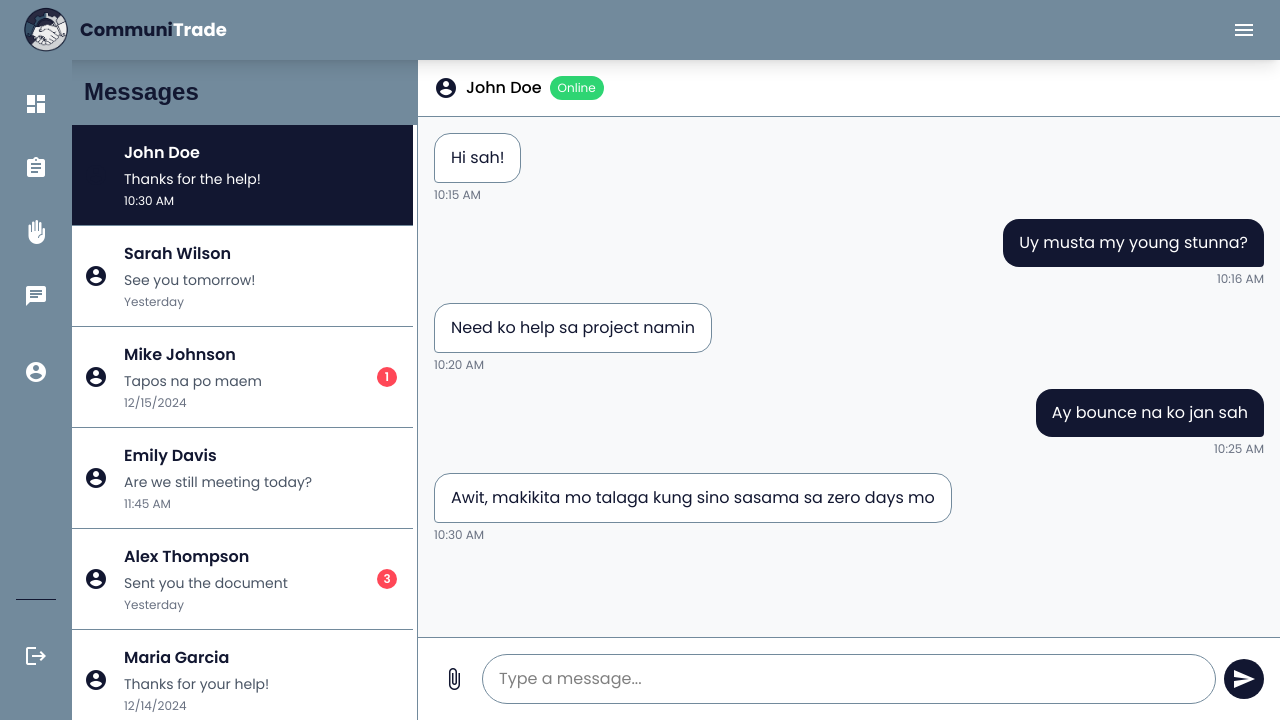
Repository: wholaanmo/communitrade_app
Page: /user/message
The author's editor kept a copy of each file at every save. The page is drawn from the files as they stood at one save, then again after the next save.
The browser window is 1280 px wide. The pictures show the whole page.
The project was rebuilt for these pictures with package versions that can differ from the ones it lists, and the page was loaded fresh each time. Some packages were replaced by stand-ins written for this rebuild. The framework's server and built-in components were replaced by stand-ins that run in the browser. Also part of the build but not shown: next.config.mjs, components/atoms/Card.js, components/molecules/Modal.js.

Above is the page before, as saved 2025-11-25 19:58:18.

### app/user/message/page.js
'use client';

import { useState, useRef, useEffect, useCallback } from 'react';

export default function MessagePage() {
  // State
  const [isSidebarExpanded, setIsSidebarExpanded] = useState(true);
  const [activeConversation, setActiveConversation] = useState(null);
  const [newMessage, setNewMessage] = useState('');
  const [selectedImage, setSelectedImage] = useState(null);
  const [isMobile, setIsMobile] = useState(false);

  // Refs
  const messagesContainer = useRef(null);
  const fileInput = useRef(null);

  // Sample conversations data
  const [conversations, setConversations] = useState([
    {
      id: 1,
      userName: 'John Doe',
      lastMessage: 'Thanks for the help!',
      timestamp: '10:30 AM',
      unreadCount: 2,
      status: 'online',
      messages: [
        { id: 1, content: 'Hi sah!', sender: 'them', time: '10:15 AM' },
        { id: 2, content: 'Uy musta my young stunna?', sender: 'me', time: '10:16 AM' },
        { id: 3, content: 'Need ko help sa project namin', sender: 'them', time: '10:20 AM' },
        { id: 4, content: 'Ay bounce na ko jan sah', sender: 'me', time: '10:25 AM' },
        { id: 5, content: 'Awit, makikita mo talaga kung sino sasama sa zero days mo', sender: 'them', time: '10:30 AM' }
      ]
    },
    {
      id: 2,
      userName: 'Sarah Wilson',
      lastMessage: 'See you tomorrow!',
      timestamp: 'Yesterday',
      unreadCount: 0,
      status: 'offline',
      messages: [
        { id: 1, content: 'Meeting tomorrow at 3 PM', sender: 'them', time: 'Yesterday' },
        { id: 2, content: 'Owkie dowkie', sender: 'me', time: 'Yesterday' }
      ]
    },
    {
      id: 3,
      userName: 'Mike Johnson',
      lastMessage: 'Tapos na po maem',
      timestamp: '12/15/2024',
      unreadCount: 1,
      status: 'online',
      messages: [
        { id: 1, content: 'The files you requested are ready for review', sender: 'them', time: '12/15/2024' }
      ]
    },
    {
      id: 4,
      userName: 'Emily Davis',
      lastMessage: 'Are we still meeting today?',
      timestamp: '11:45 AM',
      unreadCount: 0,
      status: 'online',
      messages: [
        { id: 1, content: 'Hey, are you available for a quick call?', sender: 'them', time: '11:30 AM' },
        { id: 2, content: 'Sure, what time works for you?', sender: 'me', time: '11:35 AM' }
      ]
    },
    {
      id: 5,
      userName: 'Alex Thompson',
      lastMessage: 'Sent you the document',
      timestamp: 'Yesterday',
      unreadCount: 3,
      status: 'online',
      messages: [
        { id: 1, content: 'Can you review this document when you have time?', sender: 'them', time: 'Yesterday' },
        { id: 2, content: 'Of course, send it over', sender: 'me', time: 'Yesterday' }
      ]
    },
    {
      id: 6,
      userName: 'Maria Garcia',
      lastMessage: 'Thanks for your help!',
      timestamp: '12/14/2024',
      unreadCount: 0,
      status: 'offline',
      messages: [
        { id: 1, content: 'I really appreciate your assistance with the project', sender: 'them', time: '12/14/2024' },
        { id: 2, content: 'Happy to help anytime!', sender: 'me', time: '12/14/2024' }
      ]
    },
    {
      id: 7,
      userName: 'David Chen',
      lastMessage: 'Lets catch up soon',
      timestamp: '12/13/2024',
      unreadCount: 1,
      status: 'online',
      messages: [
        { id: 1, content: 'Long time no see! How have you been?', sender: 'them', time: '12/13/2024' },
        { id: 2, content: 'Doing great! We should definitely meet up', sender: 'me', time: '12/13/2024' }
      ]
    },
    {
      id: 8,
      userName: 'Lisa Rodriguez',
      lastMessage: 'The package arrived',
      timestamp: '12/12/2024',
      unreadCount: 0,
      status: 'offline',
      messages: [
        { id: 1, content: 'Just wanted to let you know the package arrived safely', sender: 'them', time: '12/12/2024' },
        { id: 2, content: 'Great! Thanks for the update', sender: 'me', time: '12/12/2024' }
      ]
    },
    {
      id: 9,
      userName: 'Kevin Wilson',
      lastMessage: 'Check this out!',
      timestamp: '12/11/2024',
      unreadCount: 2,
      status: 'online',
      messages: [
        { id: 1, content: 'Found this interesting article you might like', sender: 'them', time: '12/11/2024' },
        { id: 2, content: 'Looks cool, Ill read it later', sender: 'me', time: '12/11/2024' }
      ]
    }
  ]);

  const scrollToBottom = () => {
    if (messagesContainer.current) {
      messagesContainer.current.scrollTop = messagesContainer.current.scrollHeight;
    }
  };

  // Methods
  const toggleSidebar = () => {
    setIsSidebarExpanded(!isSidebarExpanded);
  };

  const selectConversation = useCallback((conversation) => {
    setActiveConversation(conversation);
    // Mark as read when selected
    const updatedConversations = conversations.map(conv =>
      conv.id === conversation.id ? { ...conv, unreadCount: 0 } : conv
    );
    setConversations(updatedConversations);
    // Scroll to bottom of messages
    setTimeout(() => {
      scrollToBottom();
    }, 0);

    // On mobile, close sidebar after selecting conversation
    if (isMobile) {
      setIsSidebarExpanded(false);
    }
  }, [conversations, isMobile]);

  const sendMessage = () => {
    if (!newMessage.trim() || !activeConversation) return;

    const newMsg = {
      id: Date.now(),
      content: newMessage,
      sender: 'me',
      time: new Date().toLocaleTimeString([], { hour: '2-digit', minute: '2-digit' })
    };

    const updatedConversation = {
      ...activeConversation,
      messages: [...activeConversation.messages, newMsg],
      lastMessage: newMessage,
      timestamp: 'Just now'
    };

    setActiveConversation(updatedConversation);

    // Update conversations list
    const updatedConversations = conversations.map(conv =>
      conv.id === activeConversation.id ? updatedConversation : conv
    );
    setConversations(updatedConversations);

    setNewMessage('');

    // Scroll to bottom after sending
    setTimeout(() => {
      scrollToBottom();
    }, 0);
  };

  const triggerFileInput = () => {
    fileInput.current.click();
  };

  const handleImageUpload = (event) => {
    const file = event.target.files[0];
    if (file && file.type.startsWith('image/')) {
      const reader = new FileReader();
      reader.onload = (e) => {
        const imageMsg = {
          id: Date.now(),
          content: e.target.result,
          sender: 'me',
          type: 'image',
          time: new Date().toLocaleTimeString([], { hour: '2-digit', minute: '2-digit' })
        };

        const updatedConversation = {
          ...activeConversation,
          messages: [...activeConversation.messages, imageMsg],
          lastMessage: 'Sent an image',
          timestamp: 'Just now'
        };

        setActiveConversation(updatedConversation);

        // Update conversations list
        const updatedConversations = conversations.map(conv =>
          conv.id === activeConversation.id ? updatedConversation : conv
        );
        setConversations(updatedConversations);

        // Scroll to bottom after sending
        setTimeout(() => {
          scrollToBottom();
        }, 0);
      };
      reader.readAsDataURL(file);
    }

    // Reset file input
    event.target.value = '';
  };

  const openImageModal = (imageSrc) => {
    setSelectedImage(imageSrc);
  };

  const closeImageModal = () => {
    setSelectedImage(null);
  };

  const handleBackToConversations = () => {
    setIsSidebarExpanded(true);
  };

  // Effects
  useEffect(() => {
    // Select first conversation by default
    if (conversations.length > 0 && !activeConversation) {
      selectConversation(conversations[0]);
    }
  }, [conversations, activeConversation, selectConversation]);

  // Check for mobile view
  useEffect(() => {
    const checkMobile = () => {
      setIsMobile(window.innerWidth < 768);
    };

    checkMobile();
    window.addEventListener('resize', checkMobile);

    return () => {
      window.removeEventListener('resize', checkMobile);
    };
  }, []);

  return (
    <div className="message-page fixed top-15 left-0 sm:left-[68px] right-0 bottom-0 flex bg-[#ffffff] overflow-hidden">
      {/* Sidebar with conversation list */}
      <div className={`conversation-sidebar bg-white border-r border-[#728a9c] flex flex-col transition-all duration-300 overflow-hidden ${
        !isSidebarExpanded ? 'sidebar-collapsed w-0 md:w-[60px]' : 'w-full md:w-[350px]'
      } ${isMobile && !isSidebarExpanded ? 'hidden' : 'flex'}`}>
        <div className="sidebar-header flex justify-between items-center p-3 sm:p-4 border-b border-[#728a9c] bg-[#728a9c]">
          <h2 className="m-0 text-[#121731] text-lg sm:text-xl md:text-2xl">Messages</h2>
          {isMobile && (
            <button
              onClick={() => setIsSidebarExpanded(false)}
              className="md:hidden bg-none border-none text-[#121731] cursor-pointer p-1"
            >
              <span className="material-icons">close</span>
            </button>
          )}
        </div>

        <div className="conversation-list flex-1 overflow-y-auto pr-1">
          {conversations.map((conversation) => (
            <div
              key={conversation.id}
              className={`conversation-item flex items-center p-3 sm:p-4 cursor-pointer border-b border-[#728a9c] transition-colors duration-200 relative ${
                activeConversation?.id === conversation.id
                  ? 'bg-[#121731] text-white'
                  : 'hover:bg-[#ffffff]'
              }`}
              onClick={() => selectConversation(conversation)}
            >
              <div className="avatar mr-3 sm:mr-4 flex-shrink-0">
                <span className="material-icons text-[2rem] sm:text-[2.5rem] text-[#121731]">account_circle</span>
              </div>
              <div className="conversation-info flex-1 min-w-0">
                <div className={`user-name font-semibold mb-1 text-sm sm:text-base ${
                  activeConversation?.id === conversation.id ? 'text-white' : 'text-[#121731]'
                }`}>
                  {conversation.userName}
                </div>
                <div className={`last-message text-xs sm:text-sm ${
                  activeConversation?.id === conversation.id ? 'text-white' : 'text-gray-600'
                } whitespace-nowrap overflow-hidden text-ellipsis`}>
                  {conversation.lastMessage}
                </div>
                <div className={`timestamp text-xs mt-1 ${
                  activeConversation?.id === conversation.id ? 'text-white' : 'text-gray-500'
                }`}>
                  {conversation.timestamp}
                </div>
              </div>
              {conversation.unreadCount > 0 && (
                <div className="unread-badge bg-[#ff4757] text-white rounded-full w-4 h-4 sm:w-5 sm:h-5 flex items-center justify-center text-xs font-semibold">
                  {conversation.unreadCount}
                </div>
              )}
            </div>
          ))}
        </div>
      </div>

      {/* Main chat area */}
      <div className={`chat-area flex-1 flex flex-col bg-white overflow-hidden ${
        isMobile && isSidebarExpanded ? 'hidden' : 'flex'
      }`}>
        {activeConversation ? (
          <div className="chat-container flex flex-col h-full w-full">
            {/* Chat header */}
            <div className="chat-header p-3 sm:p-4 border-b border-[#728a9c] bg-white">
              <div className="chat-user-info flex items-center gap-2">
                {isMobile && (
                  <button
                    onClick={handleBackToConversations}
                    className="mr-2 bg-none border-none text-[#121731] cursor-pointer p-1"
                  >
                    <span className="material-icons">arrow_back</span>
                  </button>
                )}
                <span className="material-icons text-[1.75rem] sm:text-[2rem] text-[#121731]">account_circle</span>
                <span className="user-name text-sm sm:text-base font-medium">{activeConversation.userName}</span>
                <span className={`status text-xs py-1 px-2 rounded-full capitalize ${
                  activeConversation.status === 'online'
                    ? 'bg-[#2ed573] text-white'
                    : 'bg-[#747d8c] text-white'
                }`}>
                  {activeConversation.status}
                </span>
              </div>
            </div>

            {/* Messages container */}
            <div
              ref={messagesContainer}
              className="messages-container flex-1 p-3 sm:p-4 overflow-y-auto flex flex-col gap-3 sm:gap-4 bg-[#f8f9fa]"
            >
              {activeConversation.messages.map((message) => (
                <div
                  key={message.id}
                  className={`message flex flex-col max-w-[85%] sm:max-w-[80%] md:max-w-[70%] ${
                    message.sender === 'me'
                      ? 'self-end items-end'
                      : 'self-start items-start'
                  }`}
                >
                  <div className={`message-content px-3 py-2 sm:px-4 sm:py-3 rounded-2xl break-words text-sm sm:text-base ${
                    message.sender === 'me'
                      ? 'bg-[#121731] text-white rounded-br-sm'
                      : 'bg-white text-[#121731] border border-[#728a9c] rounded-bl-sm'
                  }`}>
                    {message.type === 'image' ? (
                      <img
                        src={message.content}
                        alt="Sent image"
                        className="message-image max-w-[200px] sm:max-w-[250px] md:max-w-[300px] max-h-[200px] sm:max-h-[250px] md:max-h-[300px] rounded-lg cursor-pointer transition-transform duration-200 hover:scale-102"
                        onClick={() => openImageModal(message.content)}
                      />
                    ) : (
                      <span>{message.content}</span>
                    )}
                  </div>
                  <div className="message-time text-xs text-gray-500 mt-1">
                    {message.time}
                  </div>
                </div>
              ))}
            </div>

            {/* Message input */}
            <div className="message-input-container p-3 sm:p-4 border-t border-[#728a9c] bg-white">
              <div className="input-wrapper flex gap-2 items-center">
                <input
                  ref={fileInput}
                  type="file"
                  accept="image/*"
                  style={{ display: 'none' }}
                  onChange={handleImageUpload}
                />
                <button
                  onClick={triggerFileInput}
                  className="attachment-button bg-none border-none text-[#121731] cursor-pointer p-1 sm:p-2 rounded-full transition-colors duration-200 hover:bg-[#ffffff]"
                >
                  <span className="material-icons text-lg sm:text-xl">attach_file</span>
                </button>
                <input
                  value={newMessage}
                  onChange={(e) => setNewMessage(e.target.value)}
                  type="text"
                  placeholder="Type a message..."
                  onKeyUp={(e) => {
                    if (e.key === 'Enter') sendMessage();
                  }}
                  className="message-input flex-1 px-3 sm:px-4 py-2 sm:py-3 border border-[#728a9c] rounded-full outline-none text-sm sm:text-base focus:border-[#121731]"
                />
                <button
                  onClick={sendMessage}
                  className="send-button bg-[#121731] text-white border-none rounded-full w-8 h-8 sm:w-10 sm:h-10 flex items-center justify-center cursor-pointer transition-colors duration-200 hover:bg-[#555555]"
                >
                  <span className="material-icons text-sm sm:text-base">send</span>
                </button>
              </div>
            </div>
          </div>
        ) : (
          // Empty state when no conversation selected
          <div className="no-conversation flex-1 flex items-center justify-center bg-[#f8f9fa]">
            <div className="empty-state text-center text-gray-600 px-4">
              <span className="material-icons text-[3rem] sm:text-[4rem] text-[#728a9c] mb-3 sm:mb-4">chat</span>
              <h3 className="text-lg sm:text-xl font-semibold mb-2">Select a conversation</h3>
              <p className="text-gray-500 text-sm sm:text-base">Choose a conversation from the list to start messaging</p>
              {isMobile && (
                <button
                  onClick={() => setIsSidebarExpanded(true)}
                  className="mt-4 bg-[#121731] text-white px-4 py-2 rounded-lg hover:bg-[#555555] transition-colors"
                >
                  Open Conversations
                </button>
              )}
            </div>
          </div>
        )}
      </div>

      {/* Image Modal */}
      {selectedImage && (
        <div
          className="image-modal fixed inset-0 bg-black/90 flex items-center justify-center z-[1000] p-4"
          onClick={closeImageModal}
        >
          <div className="modal-content relative max-w-full max-h-full">
            <img
              src={selectedImage}
              alt="Full size image"
              className="max-w-full max-h-[90vh] sm:max-h-[80vh] rounded-lg"
            />
            <button
              className="close-modal absolute -top-8 sm:-top-10 right-0 bg-none border-none text-white text-xl sm:text-2xl cursor-pointer p-2"
              onClick={closeImageModal}
            >
              <span className="material-icons">close</span>
            </button>
          </div>
        </div>
      )}

      <style jsx global>{`
        /* Remove scrollbar from entire page */
        html, body {
          overflow: hidden;
          height: 100%;
        }

        /* Custom scrollbar for conversation list */
        .conversation-list::-webkit-scrollbar {
          width: 6px;
        }

        .conversation-list::-webkit-scrollbar-track {
          background: #f1f1f1;
          border-radius: 4px;
        }

        .conversation-list::-webkit-scrollbar-thumb {
          background: #121731;
          border-radius: 4px;
        }

        .conversation-list::-webkit-scrollbar-thumb:hover {
          background: #555555;
        }

        /* Custom scrollbar for messages container */
        .messages-container::-webkit-scrollbar {
          width: 4px;
        }

        .messages-container::-webkit-scrollbar-track {
          background: #e9ecef;
          border-radius: 3px;
        }

        .messages-container::-webkit-scrollbar-thumb {
          background: #adb5bd;
          border-radius: 3px;
        }

        .messages-container::-webkit-scrollbar-thumb:hover {
          background: #6c757d;
        }

        /* Material Icons alignment fix */
        .material-icons {
          vertical-align: bottom;
        }

        /* Responsive Design */
        @media (max-width: 767px) {
          .conversation-sidebar {
            position: absolute;
            left: 0;
            top: 0;
            height: 100%;
            z-index: 100;
            width: 100% !important;
          }

          .sidebar-collapsed {
            transform: translateX(-100%);
          }

          .chat-area {
            width: 100%;
          }

          .message {
            max-width: 90%;
          }

          .message-image {
            max-width: 200px;
            max-height: 200px;
          }

          html, body {
            overflow: auto;
          }
        }

        @media (min-width: 768px) and (max-width: 1023px) {
          .conversation-sidebar {
            width: 300px;
          }

          .message {
            max-width: 75%;
          }
        }
      `}</style>
    </div>
  );
}

Loaded but not shown: components/atoms/Button.js (52 lines, source omitted); components/atoms/SidebarItem.js (41 lines, source omitted); app/user/layout.js (27 lines, source omitted); components/atoms/Icon.js (25 lines, source omitted); components/user/organisms/UserSidebar.jsx (110 lines, source omitted); components/user/organisms/UserNavbar.jsx (49 lines, source omitted); app/globals.css (24 lines, source omitted); app/layout.js (20 lines, source omitted)

After the next save:
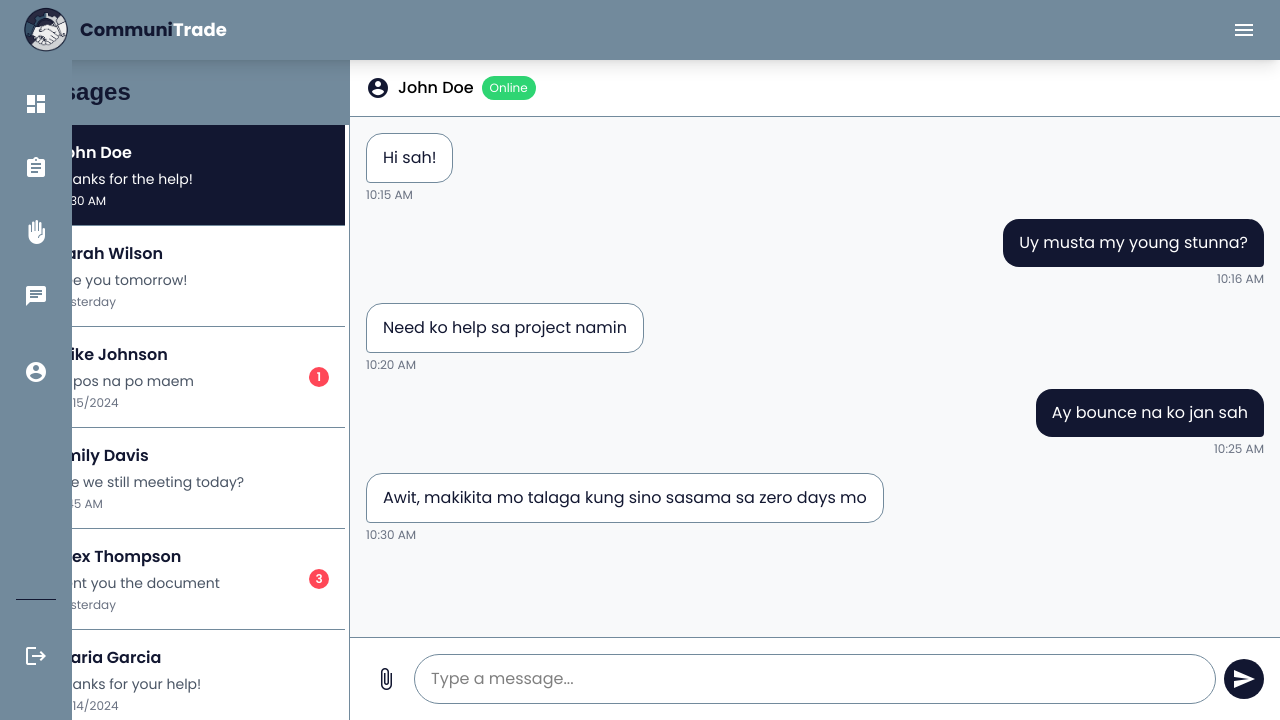
Saved 7 min 15 s later.
--- a/app/user/message/page.js
+++ b/app/user/message/page.js
@@ -269,7 +269,7 @@
   }, []);
 
   return (
-    <div className="message-page fixed top-15 left-0 sm:left-[68px] right-0 bottom-0 flex bg-[#ffffff] overflow-hidden">
+    <div className="message-page fixed top-15 left-0 right-0 bottom-0 flex bg-[#ffffff] overflow-hidden">
       {/* Sidebar with conversation list */}
       <div className={`conversation-sidebar bg-white border-r border-[#728a9c] flex flex-col transition-all duration-300 overflow-hidden ${
         !isSidebarExpanded ? 'sidebar-collapsed w-0 md:w-[60px]' : 'w-full md:w-[350px]'

After the save that followed:
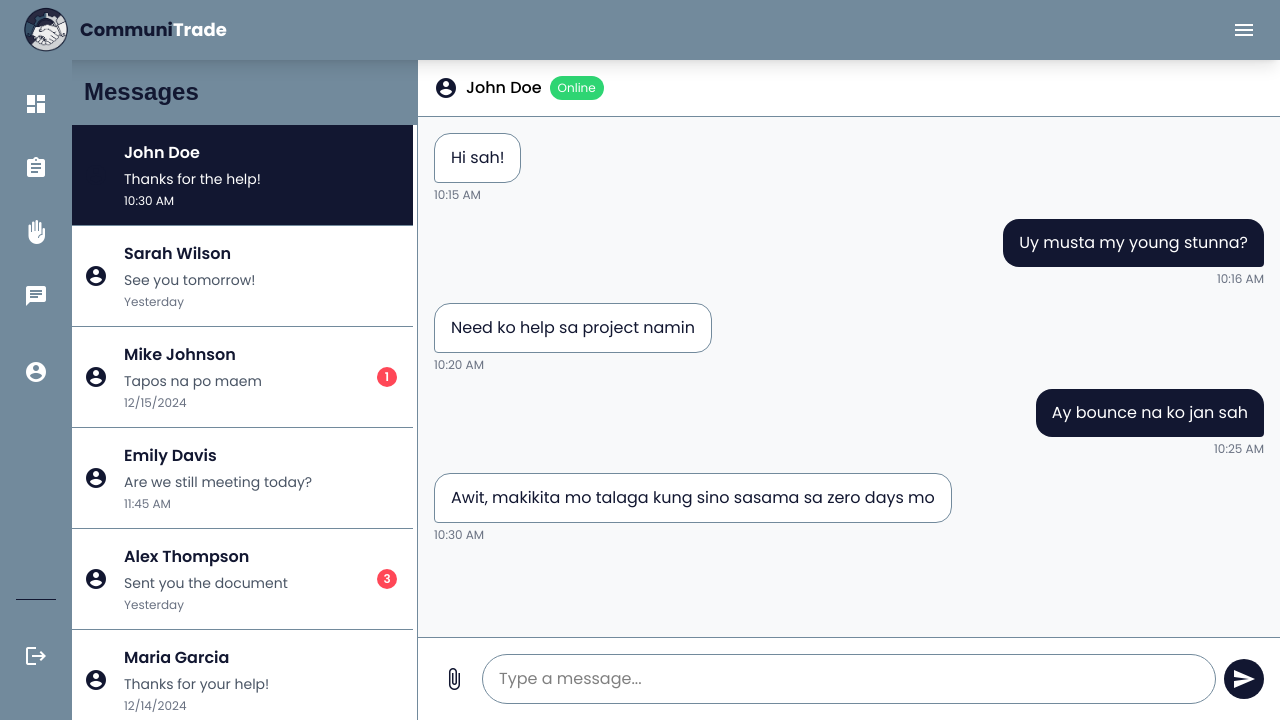
Saved 11 s later.
--- a/app/user/message/page.js
+++ b/app/user/message/page.js
@@ -269,7 +269,7 @@
   }, []);
 
   return (
-    <div className="message-page fixed top-15 left-0 right-0 bottom-0 flex bg-[#ffffff] overflow-hidden">
+    <div className="message-page fixed top-15 left-0 sm:left-[68px] right-0 bottom-0 flex bg-[#ffffff] overflow-hidden">
       {/* Sidebar with conversation list */}
       <div className={`conversation-sidebar bg-white border-r border-[#728a9c] flex flex-col transition-all duration-300 overflow-hidden ${
         !isSidebarExpanded ? 'sidebar-collapsed w-0 md:w-[60px]' : 'w-full md:w-[350px]'
